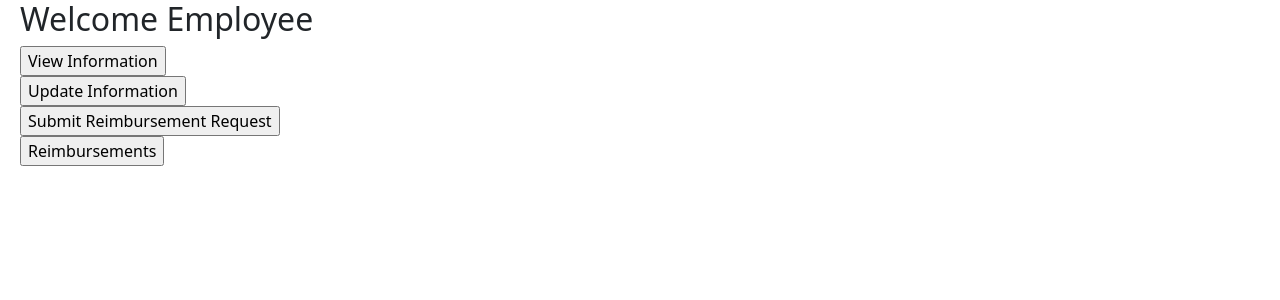
Repository: christianchrr/ExpenseReimbursement
Page: ExpenseReimbursement/src/main/webapp/employeeHome.html
These files come from the project's save history. The page is drawn as it stood at one moment and after the next save; the edit follows.
The browser window is 1280 px wide. The pictures show the whole page.

Above is the page before, as saved 2021-04-01 08:07:40.

### ExpenseReimbursement/src/main/webapp/employeeHome.html
<!DOCTYPE html>

<html lang="en">
	<head>
		<meta charset="utf-8">
		<link href="https://cdn.jsdelivr.net/npm/bootstrap@5.0.0-beta3/dist/css/bootstrap.min.css" rel="stylesheet" integrity="sha384-eOJMYsd53ii+scO/bJGFsiCZc+5NDVN2yr8+0RDqr0Ql0h+rP48ckxlpbzKgwra6" crossorigin="anonymous">
	</head>
	<body class="body" style="margin-left: 20px;">
		<h2>Welcome Employee</h2>
		<form action="ViewInformation" method="post">
			<input type="submit" value="View Information">
		</form>
		<form action="employeeUpdateForm.html" method="post">
			<input type="submit" value="Update Information">
		</form>
		<form action="submitReimbursementRequest.html" method="post">
			<input type="submit" value="Submit Reimbursement Request">
		</form>
		<form action="EmployeeShowReimbursements" method="post">
			<input type="submit" value="Reimbursements">
		</form>
		<form action="SessionLogout" method="post>
			<input type="submit" value="Log Out">
		</form>
	</body>
</html>

After the next save:
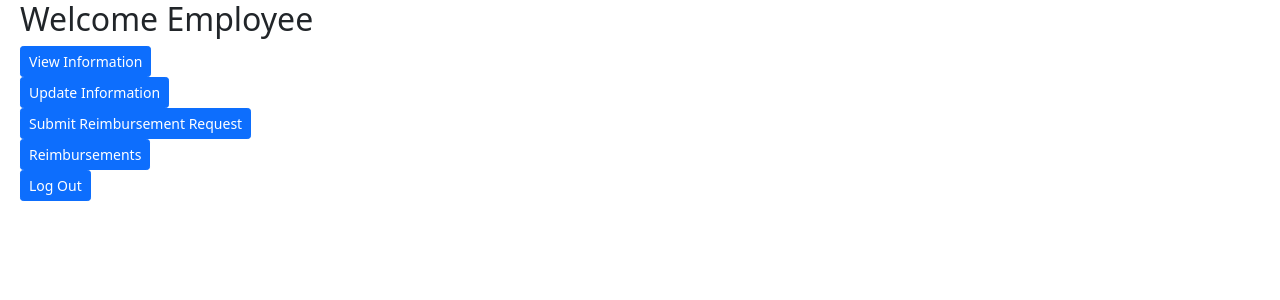
Saved 7 min 24 s later.
--- a/ExpenseReimbursement/src/main/webapp/employeeHome.html
+++ b/ExpenseReimbursement/src/main/webapp/employeeHome.html
@@ -8,19 +8,19 @@
 	<body class="body" style="margin-left: 20px;">
 		<h2>Welcome Employee</h2>
 		<form action="ViewInformation" method="post">
-			<input type="submit" value="View Information">
+			<input class="btn btn-primary btn-sm" type="submit" value="View Information">
 		</form>
 		<form action="employeeUpdateForm.html" method="post">
-			<input type="submit" value="Update Information">
+			<input class="btn btn-primary btn-sm" type="submit" value="Update Information">
 		</form>
 		<form action="submitReimbursementRequest.html" method="post">
-			<input type="submit" value="Submit Reimbursement Request">
+			<input class="btn btn-primary btn-sm" type="submit" value="Submit Reimbursement Request">
 		</form>
 		<form action="EmployeeShowReimbursements" method="post">
-			<input type="submit" value="Reimbursements">
+			<input class="btn btn-primary btn-sm" type="submit" value="Reimbursements">
 		</form>
-		<form action="SessionLogout" method="post>
-			<input type="submit" value="Log Out">
+		<form action="SessionLogout" method="post">
+			<input class="btn btn-primary btn-sm" type="submit" value="Log Out">
 		</form>
 	</body>
 </html>
